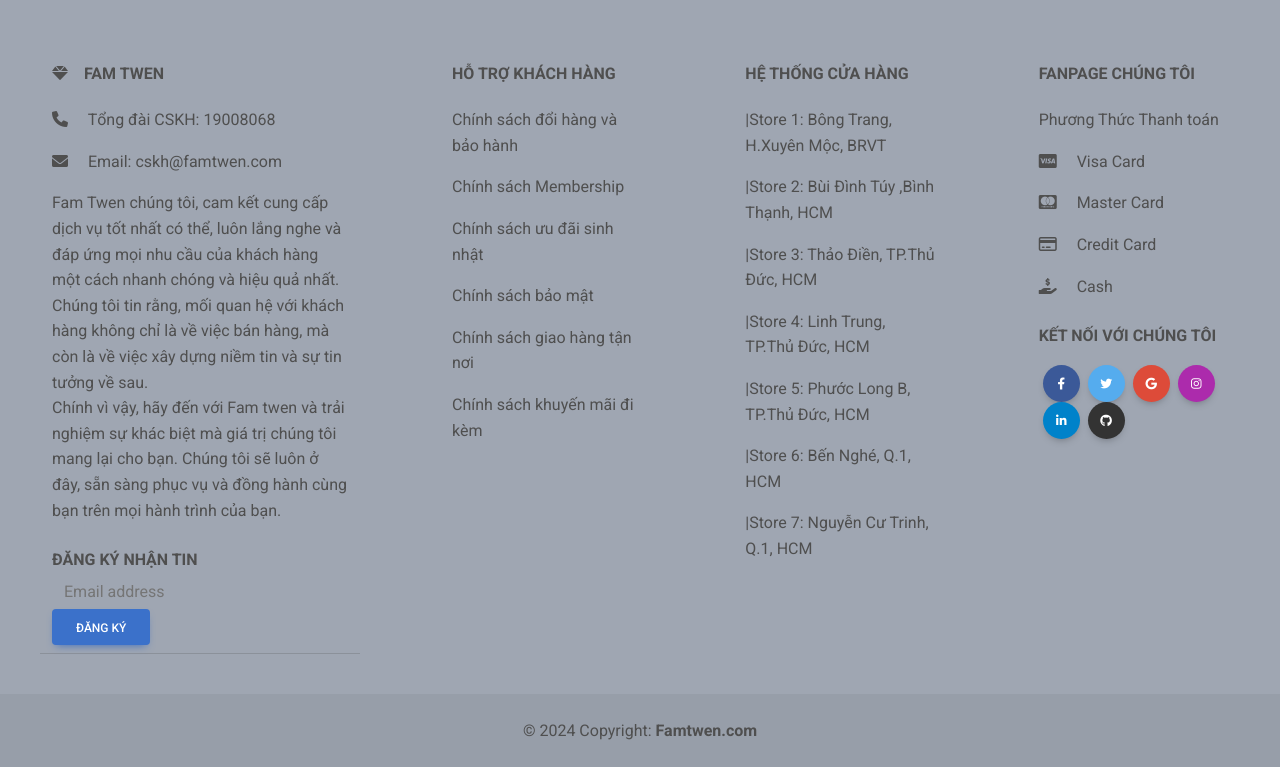
Repository: famtwendev/JSP_workspace
Page: http://localhost/Bai26_Bookstore13_GuiEmail/footer.jsp
These files come from the project's save history. The page is drawn as it stood at one moment and after the next save; the edit follows.
The browser window is 1280 px wide. The pictures show the whole page.
The page is served by Tomcat 9.

Above is the page before, as saved 2024-03-24 07:04:56.
Console error: SyntaxError: Cannot use import statement outside a module

After the next save:
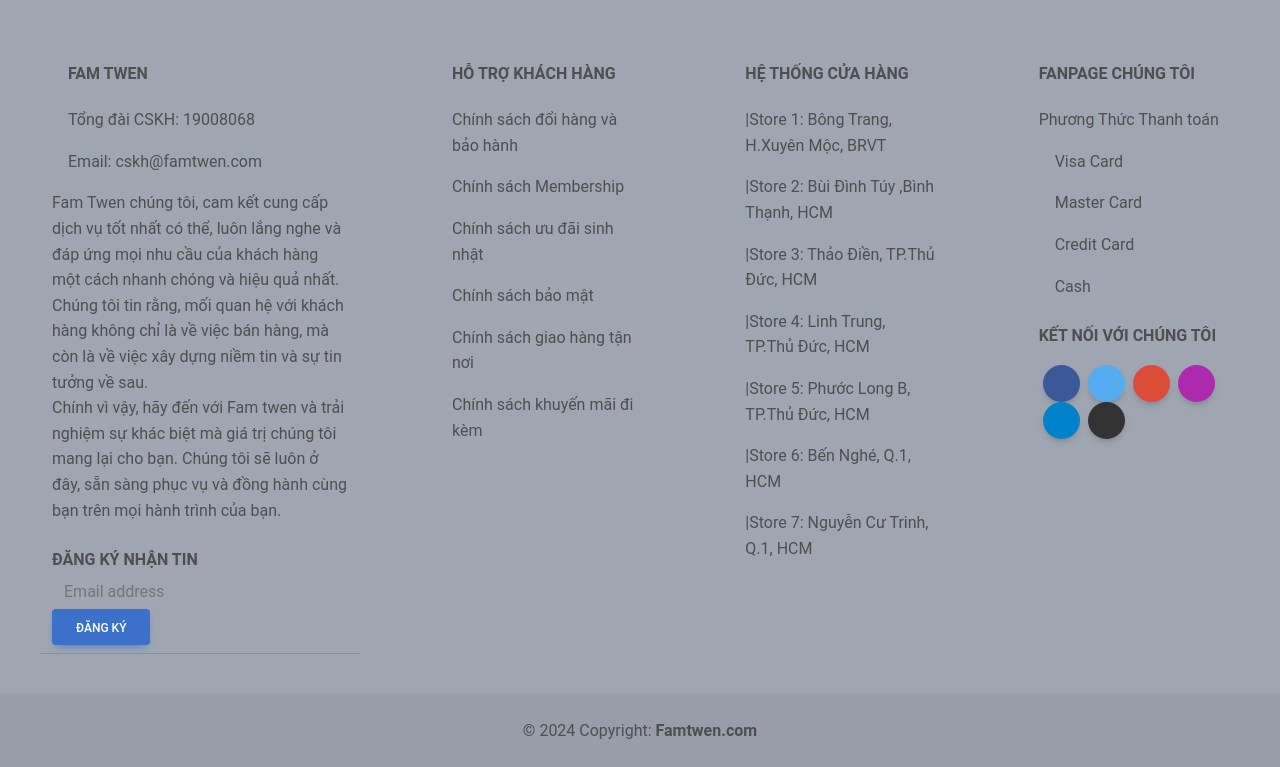
The error is gone.
Saved 33 s later.
--- a/Bai26_Bookstore13_GuiEmail/src/main/webapp/footer.jsp
+++ b/Bai26_Bookstore13_GuiEmail/src/main/webapp/footer.jsp
@@ -5,12 +5,7 @@
 <meta charset="UTF-8">
 <meta name="viewport" content="width=device-width, initial-scale=1.0">
 <title>Footer</title>
-<!-- Font Awesome -->
-<link rel="stylesheet"
-	href="https://cdnjs.cloudflare.com/ajax/libs/font-awesome/6.0.0/css/all.min.css" />
-<!-- Google Fonts Roboto -->
-<link rel="stylesheet"
-	href="https://fonts.googleapis.com/css2?family=Roboto:wght@300;400;500;700;900&display=swap" />
+
 <%
 String url = request.getScheme() + "://" + request.getServerName() + ":" + request.getServerPort()
 		+ request.getContextPath();
@@ -209,11 +204,5 @@ String url = request.getScheme() + "://" + request.getServerName() + ":" + reque
 	<!-- Footer -->
 
 
-	<script type="text/javascript">
-		import { Dropdown, Ripple, initMDB } from "mdb-ui-kit";
-		initMDB({ Dropdown, Ripple });
-		</script>
-	<!-- MDB -->
-	<script type="text/javascript" src="<%=url%>/js/mdb.umd.min.js"></script>
 </body>
 </html>
